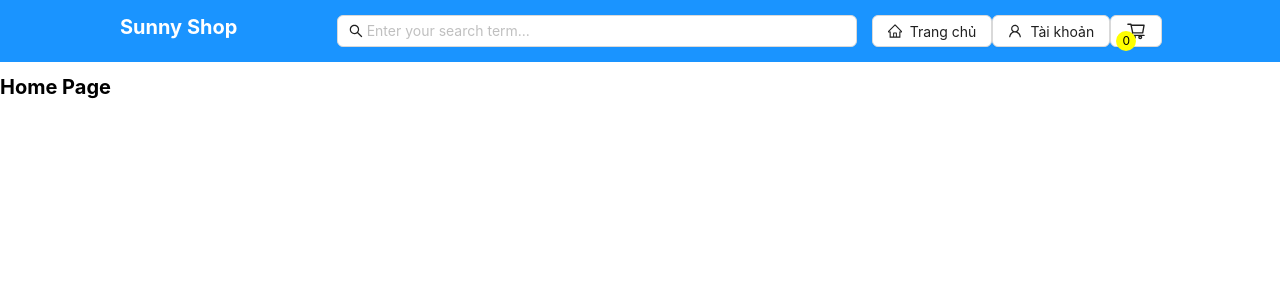
Repository: manhhieu120499/E-Commerce
Page: /
These files come from the project's save history. The page is drawn as it stood at one moment and after the next save; the edit follows.
The browser window is 1280 px wide. The pictures show the whole page.
The project was rebuilt for these pictures with package versions that can differ from the ones it lists, and the page was loaded fresh each time. Also part of the build but not shown: src/pages/product/Product.js, src/pages/order/Order.js, src/pages/notFound/NotFound.js, src/layouts/NormalLayout/NormalLayout.js.

Above is the page before, as saved 2025-01-01 11:49:28.

### src/index.js
import React from "react";
import ReactDOM from "react-dom/client";
import App from "./App";
import reportWebVitals from "./reportWebVitals";
import GlobalStyle from "./GlobalStyles";
import { Provider } from "react-redux";
import store from "./redux/store";

const root = ReactDOM.createRoot(document.getElementById("root"));
root.render(
  <React.StrictMode>
    <Provider store={store}>
      <GlobalStyle>
        <App />
      </GlobalStyle>
    </Provider>
  </React.StrictMode>
);

// If you want to start measuring performance in your app, pass a function
// to log results (for example: reportWebVitals(console.log))
// or send to an analytics endpoint. Learn more: https://bit.ly/CRA-vitals
reportWebVitals();

### src/App.js
import React from "react";
import { BrowserRouter as Router, Route, Routes } from "react-router-dom";
import { publicRoute } from "./route";
function App() {
  return (
    <div className="App">
      <Router>
        <Routes>
          {publicRoute.map((route) => {
            const Page = route.component;
            const Layout = route.layout;
            return (
              <Route
                key={route.path}
                path={route.path}
                element={
                  <Layout>
                    <Page />
                  </Layout>
                }
              />
            );
          })}
        </Routes>
      </Router>
    </div>
  );
}

export default App;

### src/redux/store.js
import { configureStore } from "@reduxjs/toolkit";
import productSlice from "./slices/productSlice";

const store = configureStore({
    reducer: {
        product: productSlice
    }
})

export default store;

### src/route/index.js
import { Home, Product, Order, NotFound } from "../pages";
import { DefaultLayout, NormalLayout } from "../layouts";

const publicRoute = [
  {
    path: "/",
    component: Home,
    layout: DefaultLayout,
  },
  {
    path: "/product",
    component: Product,
    layout: DefaultLayout,
  },
  {
    path: "/order",
    component: Order,
    layout: DefaultLayout,
  },
  {
    path: "*",
    component: NotFound,
    layout: NormalLayout,
  },
];

const privateRoute = [];

export { publicRoute, privateRoute };

### src/GlobalStyles/GlobalStyles.js
import "./css/GlobalStyles.css";
export default function GlobalStyle({ children }) {
    return (
        <div className="wrapper">
            { children }
        </div>
    )
}

### src/redux/slices/productSlice.js
import { createSlice } from "@reduxjs/toolkit";

// const initialState = {
//     products: [],
// }

// export const productSlice = createSlice({
//     name: 'productSlice',
//     initialState,
//     reducers:{
//         setProduct: (state, action) => {
//             return {...state}
//         }
//     }
// })

const initialState = {
    value: 0
}

const productSlice = createSlice({
    name: 'productSlice',
    initialState,
    reducers: {
        increase: (state, action) => {
            return {...state, value: state.value + 1}
        },
        decrease: (state, action) => {
            return {...state, value: state.value - 1}
        }
    }
})

export const { increase, decrease } = productSlice.actions;

export default productSlice.reducer;

### src/pages/index.js
import Home from "./home";
import Product from "./product";
import Order from "./order";
import NotFound from "./notFound";

export { Home, Product, Order, NotFound };

### src/layouts/index.js
import DefaultLayout from "./DefaultLayout";
import NormalLayout from "./NormalLayout";

export { DefaultLayout, NormalLayout };

### src/GlobalStyles/css/GlobalStyles.css
/* @import "antd/dist/antd.css"; */
body {
  margin: 0;
  font-family: -apple-system, BlinkMacSystemFont, 'Segoe UI', 'Roboto', 'Oxygen',
    'Ubuntu', 'Cantarell', 'Fira Sans', 'Droid Sans', 'Helvetica Neue',
    sans-serif;
  -webkit-font-smoothing: antialiased;
  -moz-osx-font-smoothing: grayscale;
  box-sizing: border-box;
  padding: 0;
}

html {
  font-size: 62.5%;
}

.wrapper {
  max-width: 100vw;
  margin: 0 auto;
}

### src/pages/product/index.js
export { default } from './Product'

### src/layouts/NormalLayout/index.js
export { default } from "./NormalLayout";

### src/pages/home/Home.js
export default function Home({children}) {
    return (
        <h1>Home Page</h1>
    )
}

### src/layouts/DefaultLayout/DefaultLayout.js
import { Header } from "../../components";

export default function DefaultLayout({ children }) {
  return (
    <div className="wrapper">
      <Header />
      {children}
    </div>
  );
}

### src/components/index.js
import Header from "./Header";
export { Header };

### src/components/Header/Header.js
import { Button, Col, Row } from "antd";
import {
  ShoppingCartText,
  WrapperRow,
  WrapperShoppingCart,
  WrapperShoppingCartText,
  WrapperSpan,
} from "./HeaderStyle";
import Search from "antd/es/transfer/search";
import {
  HomeOutlined,
  ShoppingCartOutlined,
  UserOutlined,
} from "@ant-design/icons";

export default function Header({ children }) {
  return (
    <div>
      <WrapperRow>
        <Col span={5}>
          <WrapperSpan>Sunny Shop</WrapperSpan>
        </Col>
        <Col span={12}>
          <Search
            placeholder="Enter your search term..."
            allowClear
            style={{
              width: 200,
              height: 60,
            }}
          />
        </Col>
        <Col
          span={7}
          style={{
            display: "flex",
            alignItems: "center",
            justifyContent: "space-around",
            padding: "0 15px",
          }}
        >
          <Button>
            <HomeOutlined />
            <span>Trang chủ</span>
          </Button>
          <Button>
            <UserOutlined />
            <span>Tài khoản</span>
          </Button>
          <Button>
            <WrapperShoppingCart>
              <ShoppingCartOutlined style={{ fontSize: 20 }} />
              <WrapperShoppingCartText>
                <ShoppingCartText>0</ShoppingCartText>
              </WrapperShoppingCartText>
            </WrapperShoppingCart>
          </Button>
        </Col>
      </WrapperRow>
    </div>
  );
}

### src/components/Header/HeaderStyle.js
import { Row } from "antd";
import styled from "styled-components";

export const WrapperRow = styled(Row)`
  padding: 15px 120px;
  background-color: rgb(26, 148, 255);
`;

export const WrapperSpan = styled.span`
  font-size: 20px;
  font-weight: 700;
  color: white;
`;

export const WrapperShoppingCart = styled.div`
  position: relative;
  width: 100%;
`;

export const WrapperShoppingCartText = styled.div`
  position: absolute;
  top: 10px;
  right: 10px;
  width: 20px;
  height: 20px;
  border-radius: 50%;
  background-color: yellow;
`;

export const ShoppingCartText = styled.span`
  font-size: 12px;
  color: black;
`;

Loaded but not shown: public/index.html (common file); src/reportWebVitals.js (common file); src/GlobalStyles/index.js (common file); src/pages/home/index.js (common file); src/pages/order/index.js (common file); src/pages/notFound/index.js (common file); src/layouts/DefaultLayout/index.js (common file); src/components/Header/index.js (common file)

After the next save:
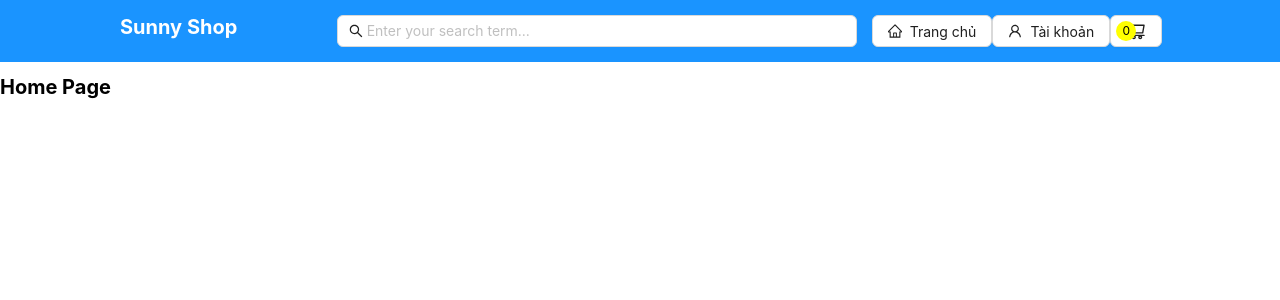
Saved 10 s later.
--- a/src/components/Header/HeaderStyle.js
+++ b/src/components/Header/HeaderStyle.js
@@ -19,7 +19,7 @@ export const WrapperShoppingCart = styled.div`
 
 export const WrapperShoppingCartText = styled.div`
   position: absolute;
-  top: 10px;
+  top: 0px;
   right: 10px;
   width: 20px;
   height: 20px;
